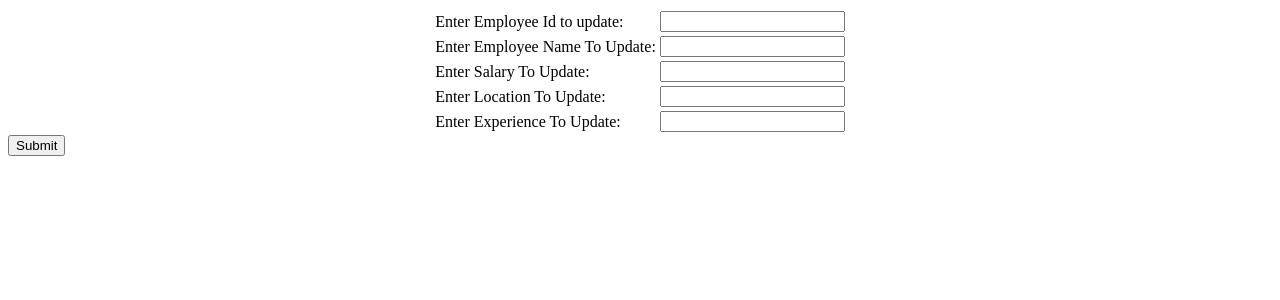
Repository: sravaninallapati1/java1
Page: http://localhost/JSP/update.jsp
The author's editor kept a copy of each file at every save. The page is drawn from the files as they stood at one save, then again after the next save.
The browser window is 1280 px wide. The pictures show the whole page.
The page is served by Tomcat 9. Other server files are loaded and not shown.

Above is the page before, as saved 2016-12-20 17:29:08.

### JSP/WebContent/update.jsp
<%@ page language="java" contentType="text/html; charset=ISO-8859-1"
    pageEncoding="ISO-8859-1"%>
<!DOCTYPE html PUBLIC "-//W3C//DTD HTML 4.01 Transitional//EN" "http://www.w3.org/TR/html4/loose.dtd">
<html>
<head>
<meta http-equiv="Content-Type" content="text/html; charset=ISO-8859-1">
<title>Insert title here</title>
</head>
<body>
<form action="update" method="post">
<table align="center">
<tr>
      <td>Enter Employee Id to update:</td>
      <td><input type="text" name="employeeId" /></td>
    </tr>

    <tr>
      <td>Enter Employee Name To Update:</td>
      <td><input type="text" name="employeeName" /></td>
    </tr>

     <tr>
      <td>Enter Salary To Update:</td>
      <td><input type="number" name="employeeSalary" /></td>
    </tr>
     <tr>
      <td>Enter Location To Update:</td>
      <td><input type="text" name="employeeLocation" /></td>
    </tr>
    <tr>
      <td>Enter Experience To Update:</td>
      <td><input type="number" name="employeeExp" /></td>
    </tr>
</table>
<input type="submit" value="Submit">
</form>

</body>
</html>

After the next save:
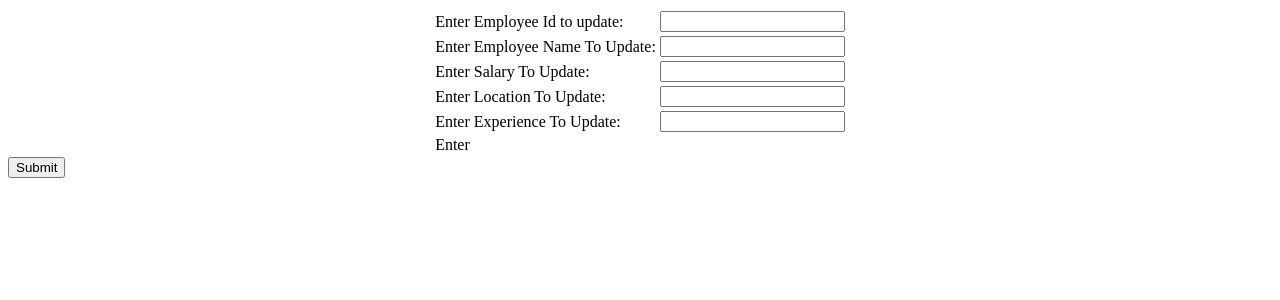
Saved 3 min 19 s later.
--- a/JSP/WebContent/update.jsp
+++ b/JSP/WebContent/update.jsp
@@ -31,6 +31,8 @@
       <td>Enter Experience To Update:</td>
       <td><input type="number" name="employeeExp" /></td>
     </tr>
+    <tr>
+    <td>Enter
 </table>
 <input type="submit" value="Submit">
 </form>
